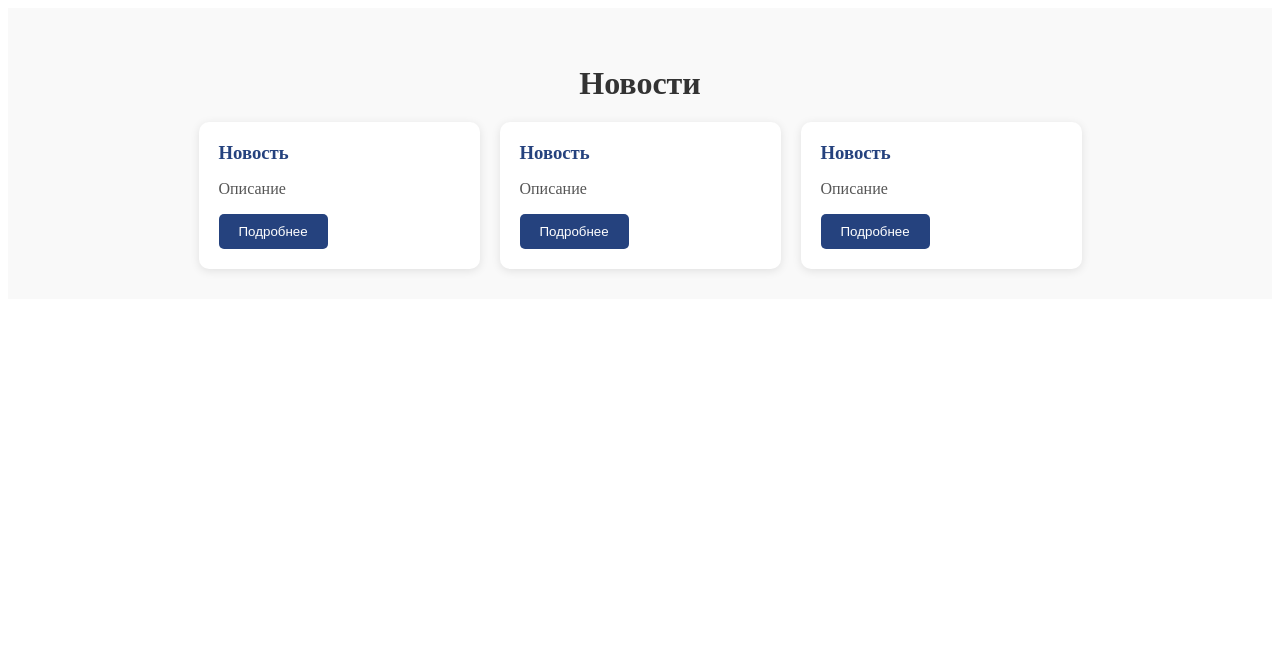
Repository: MaratLK/PLKFrontend
Page: Templates/NewsForIndex.html
An editor plug-in stored every save of this project. The page is shown before and after the next save, followed by the edit.
The browser window is 1280 px wide. The pictures show the whole page.

Above is the page before, as saved 2024-08-25 06:46:56.

### Templates/NewsForIndex.html
<!DOCTYPE html>
<html lang="en">
  <head>
    <meta charset="UTF-8" />
    <meta name="viewport" content="width=device-width, initial-scale=1.0" />
    <title>Document</title>
    <style>
      .news {
        padding: 30px;
        background-color: #f9f9f9;
        text-align: center;
      }

      .news h2 {
        font-size: 2em;
        color: #333;
        margin-bottom: 20px;
      }

      .news-container {
        display: flex;
        justify-content: center;
        flex-wrap: wrap;
        gap: 20px;
      }

      .news-card {
        background-color: #ffffff;
        border-radius: 10px;
        box-shadow: 0 2px 10px rgba(0, 0, 0, 0.1);
        padding: 20px;
        width: calc(25% - 20px);
        box-sizing: border-box;
        text-align: left;
      }

      .news-card h3 {
        margin: 0 0 10px;
        color: #25427e;
      }

      .news-card p {
        color: #555;
      }

      .news-card button {
        background-color: #25427e;
        color: white;
        padding: 10px 20px;
        border: none;
        border-radius: 5px;
        cursor: pointer;
        transition: background-color 0.3s;
      }

      .news-card {
        background-color: #ffffff;
        border-radius: 10px;
        box-shadow: 0 2px 10px rgba(0, 0, 0, 0.1);
        padding: 20px;
        width: calc(25% - 20px);
        box-sizing: border-box;
        text-align: left;
        transition: transform 0.3s ease, box-shadow 0.3s ease;
      }

      .news-card:hover {
        transform: translateY(10px) scale(1.05);
        box-shadow: 0 4px 20px rgba(0, 0, 0, 0.2);
      }
    </style>
  </head>
  <body>
    <section id="news" class="news">
      <h2>Новости</h2>
      <div class="news-container">
        <div class="news-card">
          <h3>Новость</h3>
          <p>Описание</p>
          <button class="open-modal" data-news="news1">Подробнее</button>
        </div>

        <div class="news-card">
          <h3>Новость</h3>
          <p>Описание</p>
          <button class="open-modal" data-news="news1">Подробнее</button>
        </div>

        <div class="news-card">
          <h3>Новость</h3>
          <p>Описание</p>
          <button class="open-modal" data-news="news1">Подробнее</button>
        </div>
      </div>
    </section>
  </body>
</html>

After the next save:
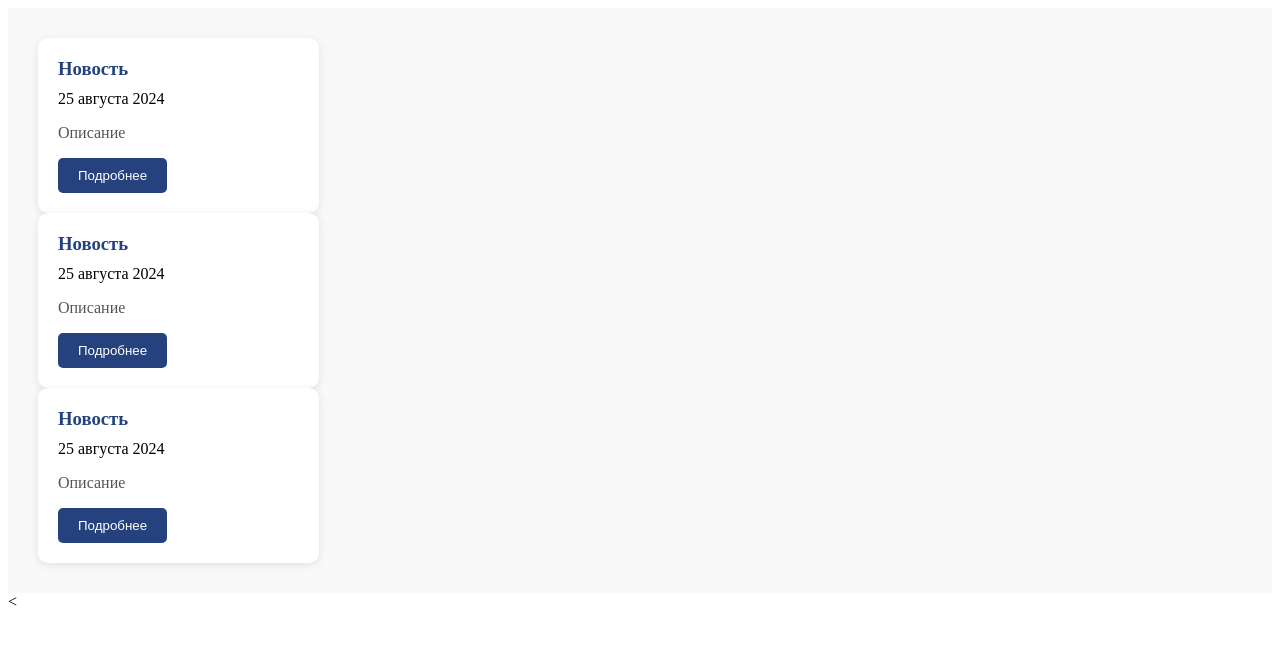
Saved 29 min 16 s later.
--- a/Templates/NewsForIndex.html
+++ b/Templates/NewsForIndex.html
@@ -72,26 +72,35 @@
   </head>
   <body>
     <section id="news" class="news">
-      <h2>Новости</h2>
-      <div class="news-container">
         <div class="news-card">
-          <h3>Новость</h3>
-          <p>Описание</p>
-          <button class="open-modal" data-news="news1">Подробнее</button>
-        </div>
+            <div class="news-header">
+              <h3>Новость</h3>
+              <span class="news-date">25 августа 2024</span> <!-- Здесь будет дата -->
+            </div>
+            <p>Описание</p>
+            <button class="open-modal" data-news="news1">Подробнее</button>
+          </div>
+          <div class="news-card">
+            <div class="news-header">
+              <h3>Новость</h3>
+              <span class="news-date">25 августа 2024</span> <!-- Здесь будет дата -->
+            </div>
+            <p>Описание</p>
+            <button class="open-modal" data-news="news1">Подробнее</button>
+          </div>
+          <div class="news-card">
+            <div class="news-header">
+              <h3>Новость</h3>
+              <span class="news-date">25 августа 2024</span> <!-- Здесь будет дата -->
+            </div>
+            <p>Описание</p>
+            <button class="open-modal" data-news="news1">Подробнее</button>
+          </div>
 
-        <div class="news-card">
-          <h3>Новость</h3>
-          <p>Описание</p>
-          <button class="open-modal" data-news="news1">Подробнее</button>
-        </div>
+    </section>
 
-        <div class="news-card">
-          <h3>Новость</h3>
-          <p>Описание</p>
-          <button class="open-modal" data-news="news1">Подробнее</button>
-        </div>
-      </div>
-    </section>
+    <div class="adnews">
+        <
+    </div>
   </body>
 </html>
